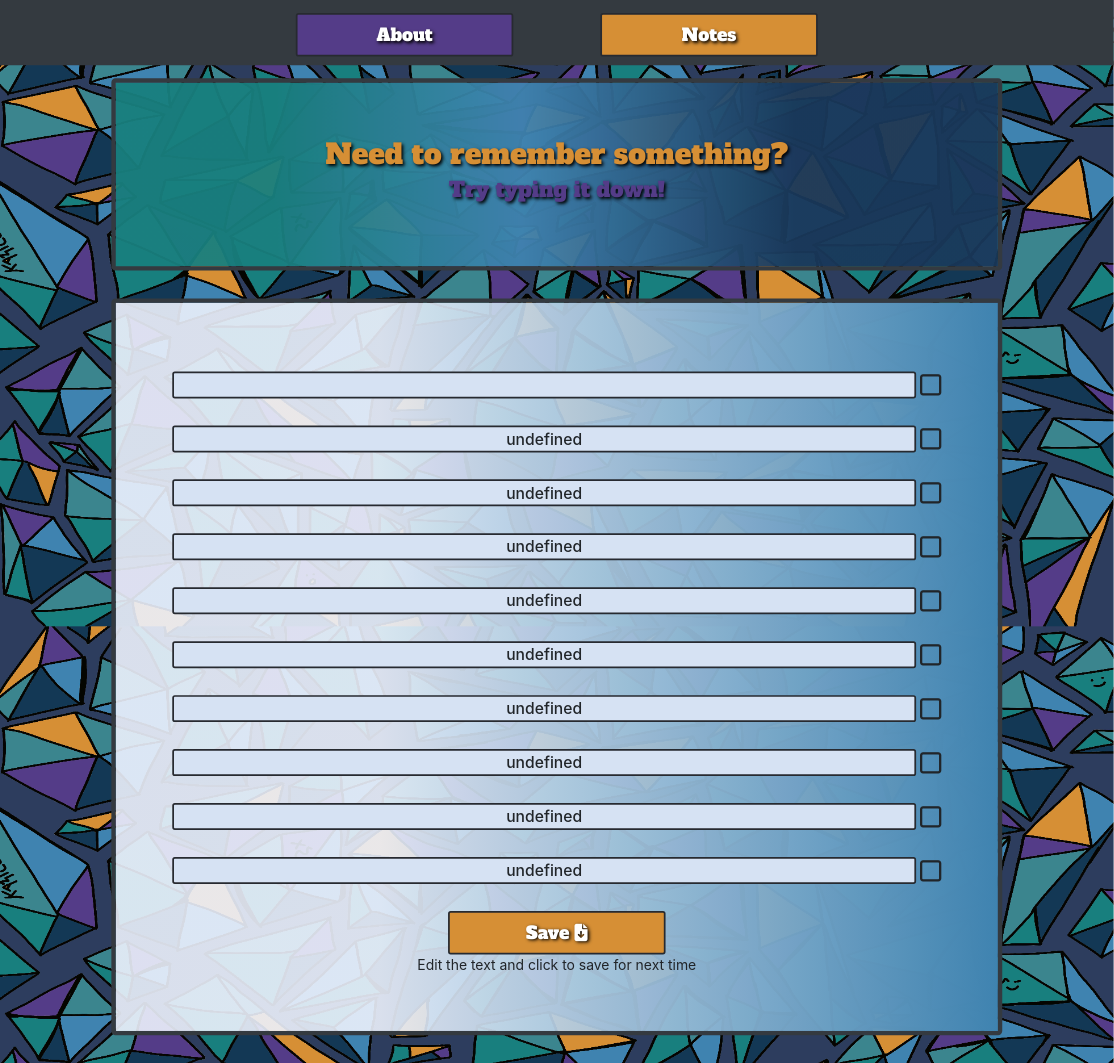
Repository: Kamicoda/Mynote
Page: index.html
The author's editor kept a record of every edit. The page is drawn from the files as they stood at one moment, then again after the next edit.
The browser window is 1280 px wide. The pictures show the whole page, at 87% of full size.
Backgrounds fixed to the window are drawn as part of the page. Some web fonts or font styles are not loaded; a fallback is used. Some web libraries are served in a nearby version.

Above is the page before.

After the next edit:
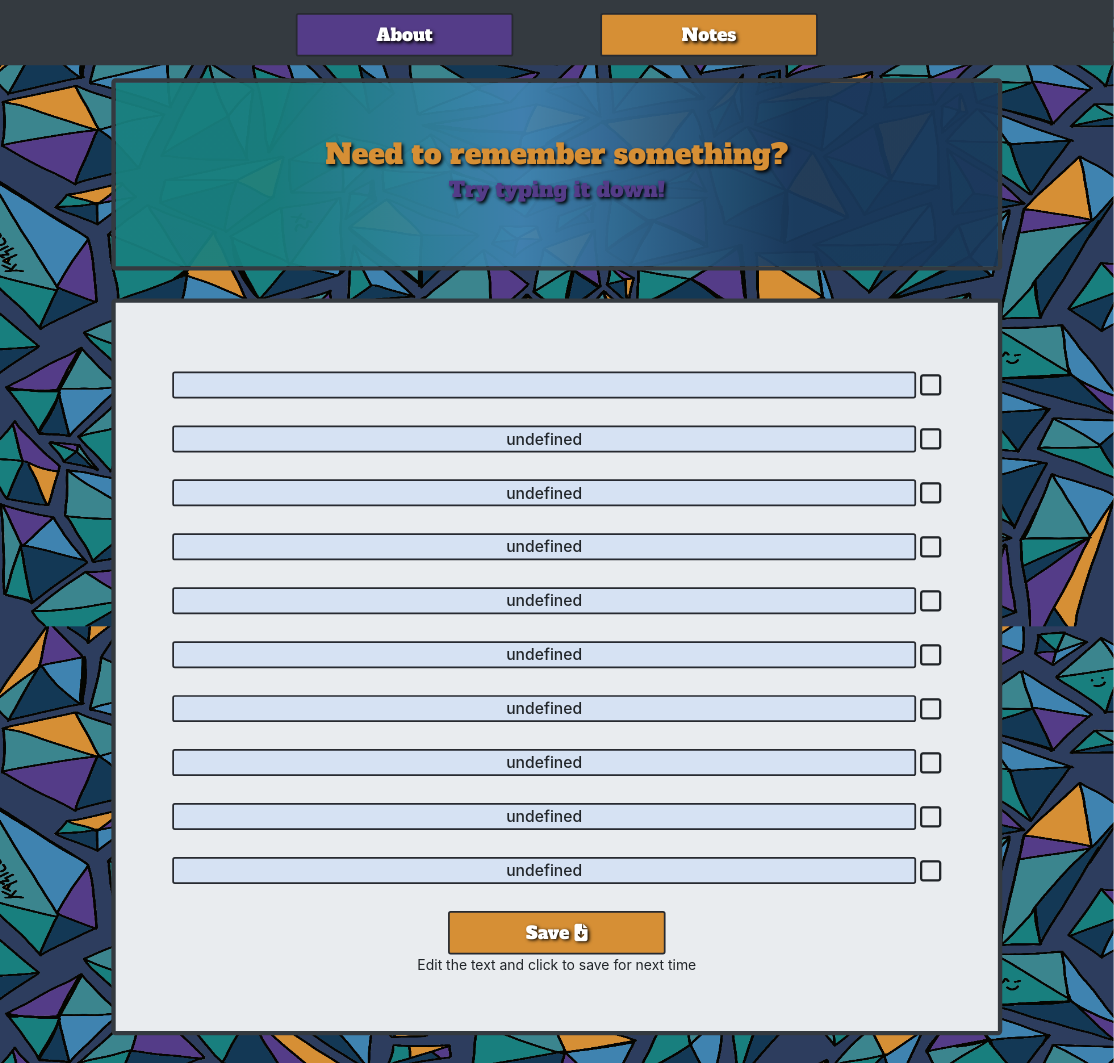
The edit:
--- a/assets/style/style.css
+++ b/assets/style/style.css
@@ -146,13 +146,6 @@
     }
 }
 
-.cont {
-    background: rgb(236, 241, 252);
-    background: linear-gradient(90deg, rgba(236, 241, 252, 0.9) 30%, rgba(63, 131, 176, 1) 100%);
-
-}
-
-
 .ul .li {
     list-style: none;
 }

After the edit that followed:
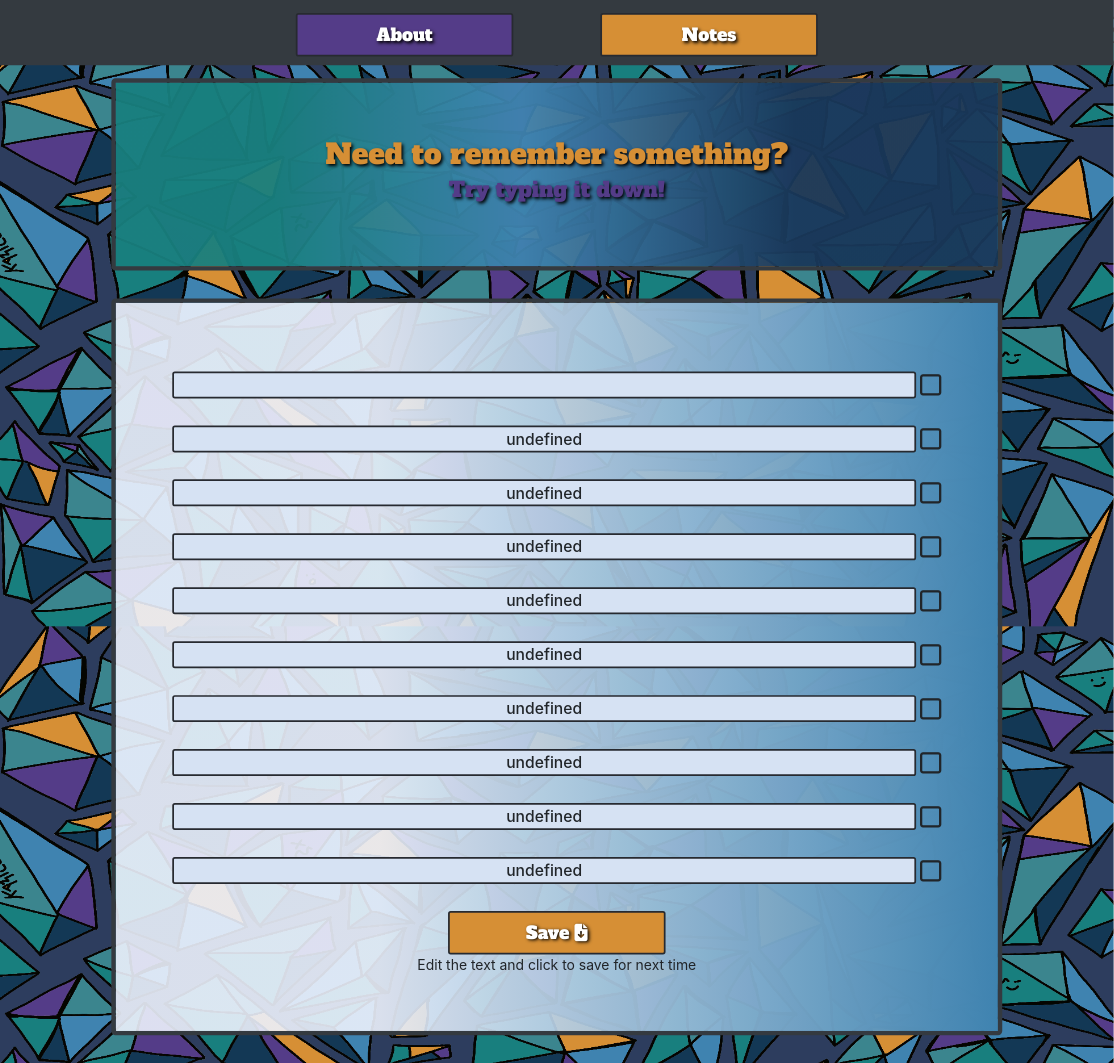
The edit:
--- a/assets/style/style.css
+++ b/assets/style/style.css
@@ -13,6 +13,12 @@
 
 .bg-light {
     background-color: rgba(72, 63, 57, 0.5);
+
+}
+/* Container color */
+.cont {
+    background: rgb(236, 241, 252);
+    background: linear-gradient(90deg, rgba(236, 241, 252, 0.9) 30%, rgba(63, 131, 176, 1) 100%);
 
 }
 
